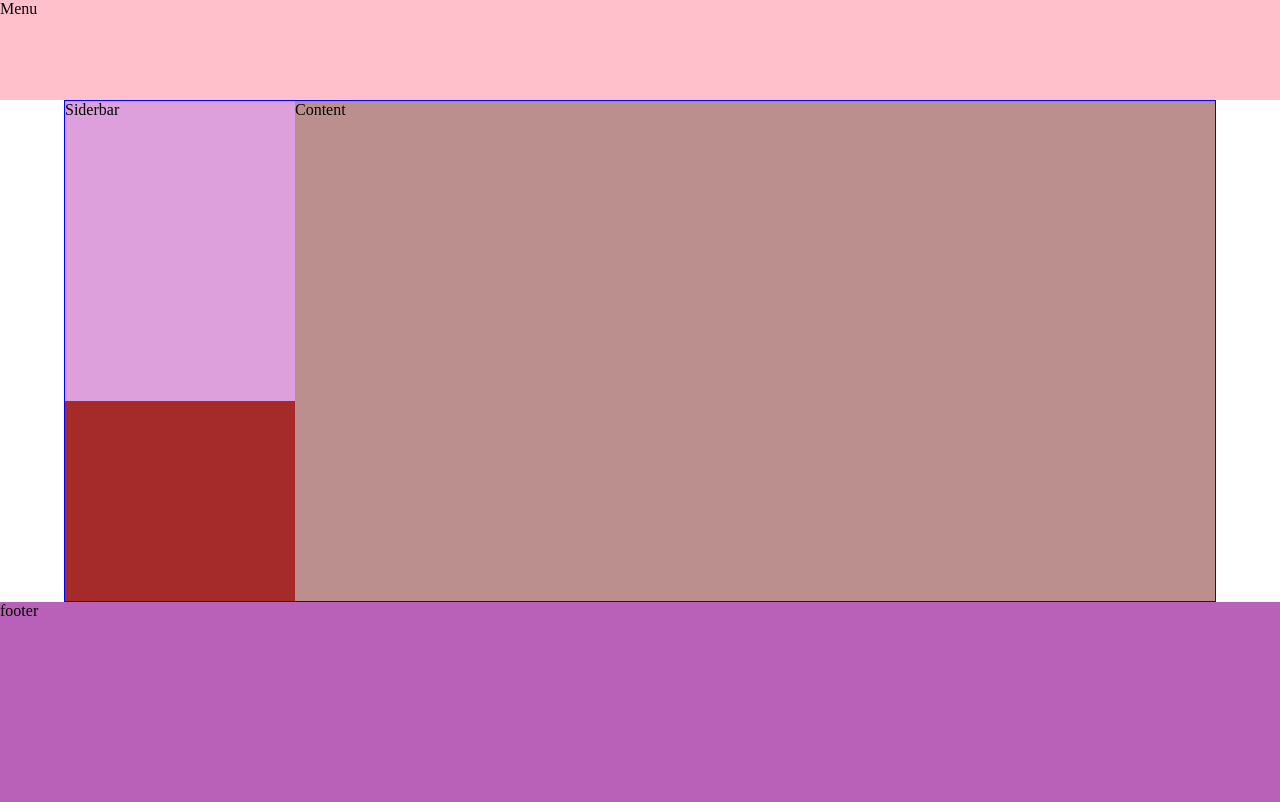
Repository: cvTuananh/Wed-famework
Page: Lab04/lab04/demo05.html
These files come from the project's save history. The page is drawn as it stood at one moment and after a run of saves; the edit follows.
The browser window is 1280 px wide. The pictures show the whole page.

Above is the page before, as saved 2021-09-28 19:51:45.

### Lab04/lab04/demo05.html
<!DOCTYPE html>
<html lang="en">
<head>
    <meta charset="UTF-8">
    <meta http-equiv="X-UA-Compatible" content="IE=edge">
    <meta name="viewport" content="width=device-width, initial-scale=1.0">
    <title>layout2</title>
    <link rel="stylesheet" type="text/css" href="./css/demo05.css">
</head>
<body>
    <nav>Menu</nav>

    <div class="container">
        <section>
            <aside>Siderbar</aside>
            <article>Content</article>
        </section>
    </div>

    <footer>footer</footer>
</body>
</html>

### Lab04/lab04/css/demo05.css
*{
    padding: 0;
    margin: 0;
    box-sizing: border-box;
}
.container{
    width: 90%;
    margin: 0 auto;
    border: 1px solid blue;
    overflow: hidden;
    background-color: brown;
}
section{
    width: ;
}
nav{
    background-color: pink;
    height: 100px;
}
aside{
    background-color: plum;
    height: 300px;
    width: 20%;
    float: left;
}
article{
    background-color: rosybrown;
    height: 500px;
    width: 80%;
    float: left;
}

footer{
    background-color: rgb(185, 96, 185);
    height: 200px;
}

After the next 4 saves:
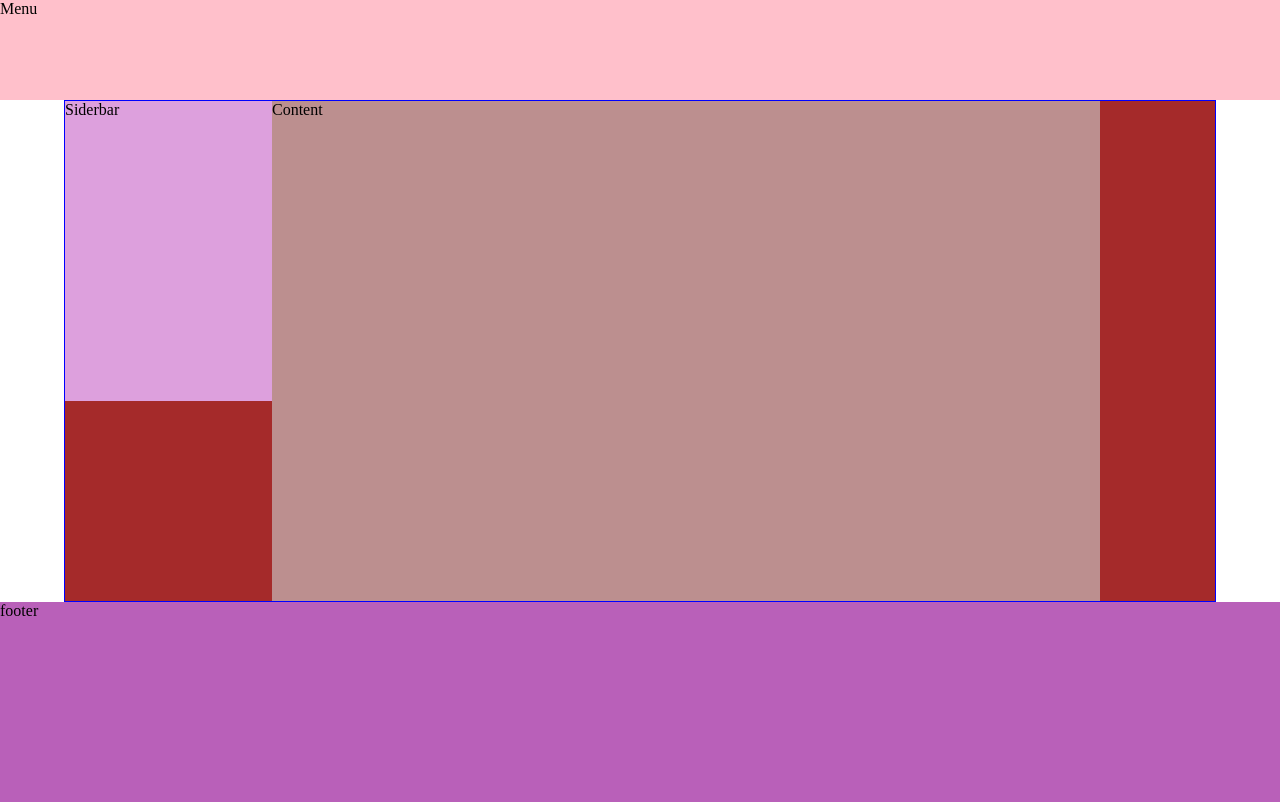
The 4 saves are shown as one change because they came seconds apart.
The last was saved 10 s later.
--- a/Lab04/lab04/css/demo05.css
+++ b/Lab04/lab04/css/demo05.css
@@ -11,7 +11,8 @@
     background-color: brown;
 }
 section{
-    width: ;
+    width: 90%;
+    margin: 1;
 }
 nav{
     background-color: pink;
